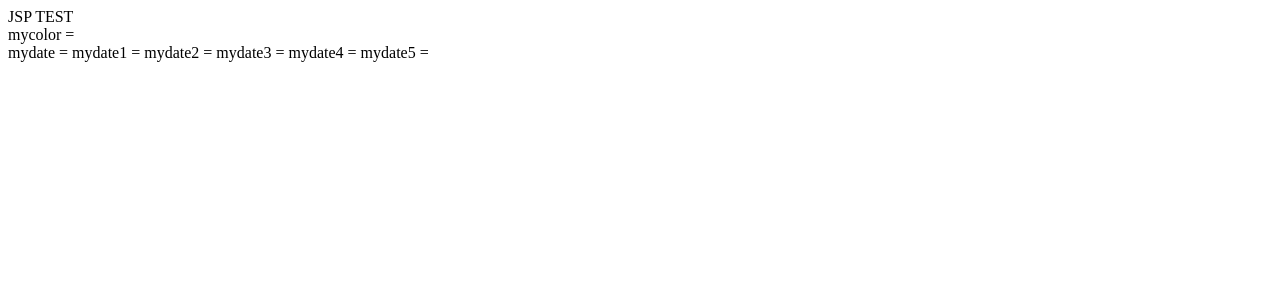
Repository: sontaku/learning_js
Page: http://localhost/form_jsp/form_res.jsp
An editor plug-in stored every save of this project. The page is shown before and after the next save, followed by the edit.
The browser window is 1280 px wide. The pictures show the whole page.
The page is served by Tomcat 9.

Above is the page before, as saved 2021-03-08 00:53:34.

### ajax/form_jsp/WebContent/form_res.jsp
<%@ page language="java" contentType="text/html; charset=EUC-KR"
    pageEncoding="EUC-KR"%>
<!DOCTYPE html>
<html>
<head>
<meta charset="EUC-KR">
<title>Insert title here</title>
</head>
<body>

JSP TEST <br>
<%-- ${param.파라미터이름} --%>
<%--
query = ${param.query }<br>
gender = ${param.gender } ->
<%
	String g = request.getParameter("gender");
	if(g.equals("male"))
		out.print("남성");
	else
		out.print("여성");
%>
 --%>
 mycolor = ${ param.mycolor }<br>
 mydate = ${ param.mydate }
 mydate1 = ${ param.mydate1 }
 mydate2 = ${ param.mydate2 }
 mydate3 = ${ param.mydate3 }
 mydate4 = ${ param.mydate4 }
 mydate5 = ${ param.mydate5 }
</body>
</html>

After the next save:
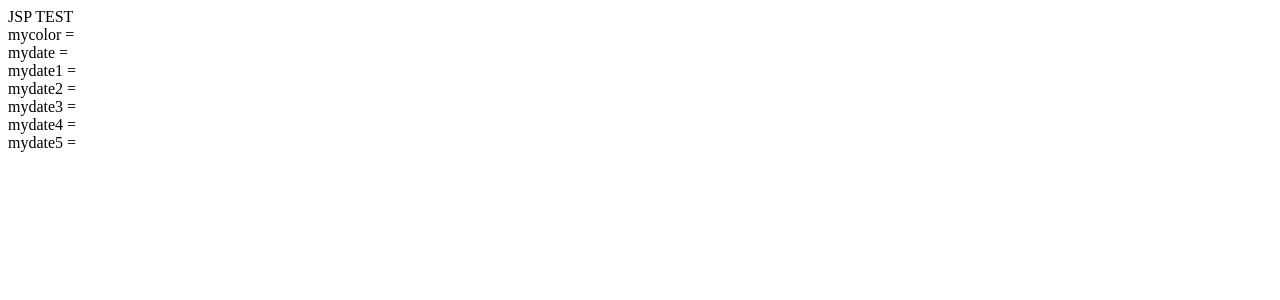
Saved 9 s later.
--- a/ajax/form_jsp/WebContent/form_res.jsp
+++ b/ajax/form_jsp/WebContent/form_res.jsp
@@ -22,11 +22,11 @@
 %>
  --%>
  mycolor = ${ param.mycolor }<br>
- mydate = ${ param.mydate }
- mydate1 = ${ param.mydate1 }
- mydate2 = ${ param.mydate2 }
- mydate3 = ${ param.mydate3 }
- mydate4 = ${ param.mydate4 }
+ mydate = ${ param.mydate }<br>
+ mydate1 = ${ param.mydate1 }<br>
+ mydate2 = ${ param.mydate2 }<br>
+ mydate3 = ${ param.mydate3 }<br>
+ mydate4 = ${ param.mydate4 }<br>
  mydate5 = ${ param.mydate5 }
 </body>
 </html>
